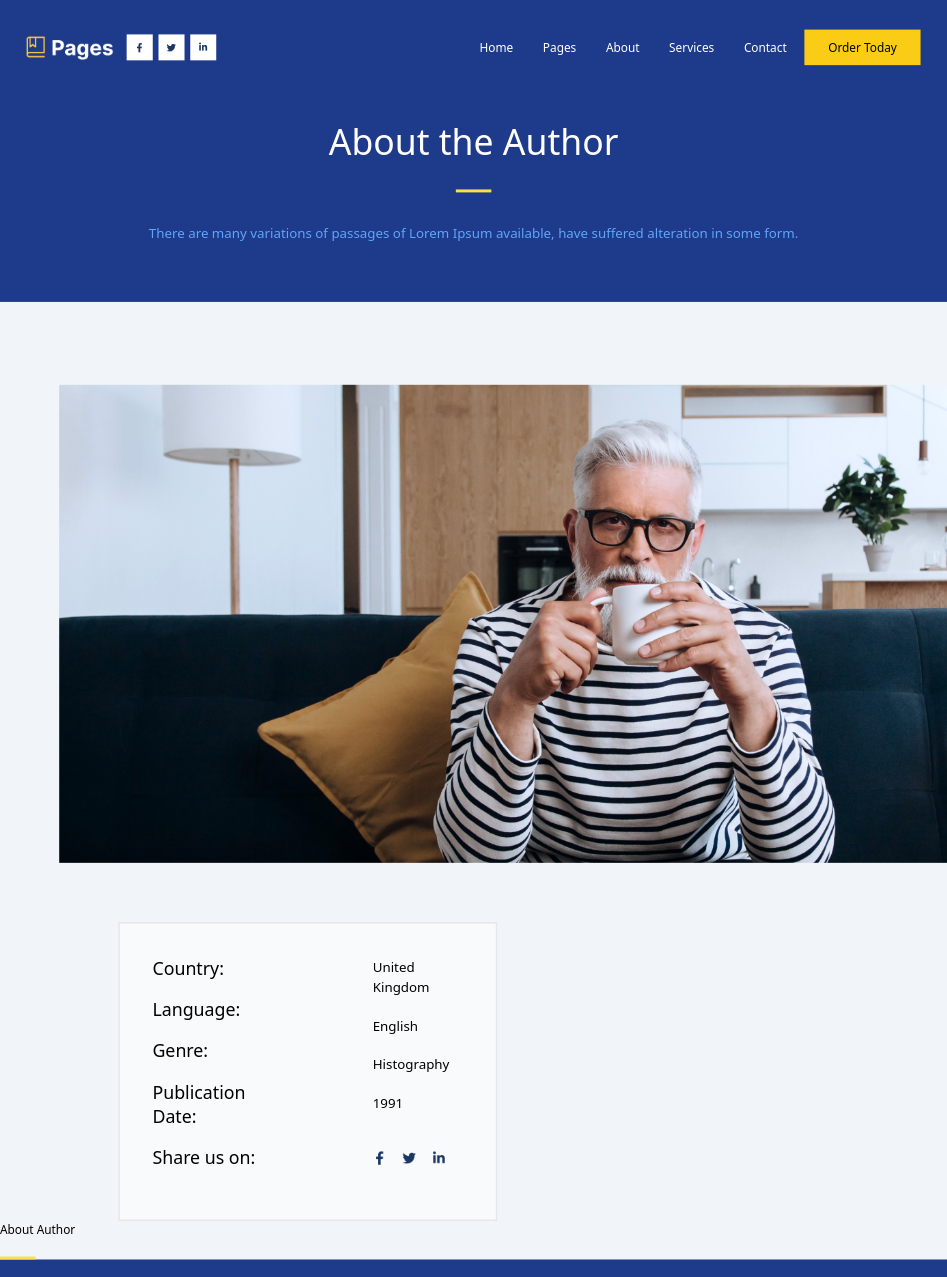
Repository: Godnorg/Class3
Page: index.html
These files come from the project's save history. The page is drawn as it stood at one moment and after a run of saves; the edit follows.
The browser window is 1280 px wide. The pictures show the whole page, at 74% of full size.
Some web libraries are served in a nearby version.

Above is the page before, as saved 2023-02-20 02:07:15.

After the next 2 saves:
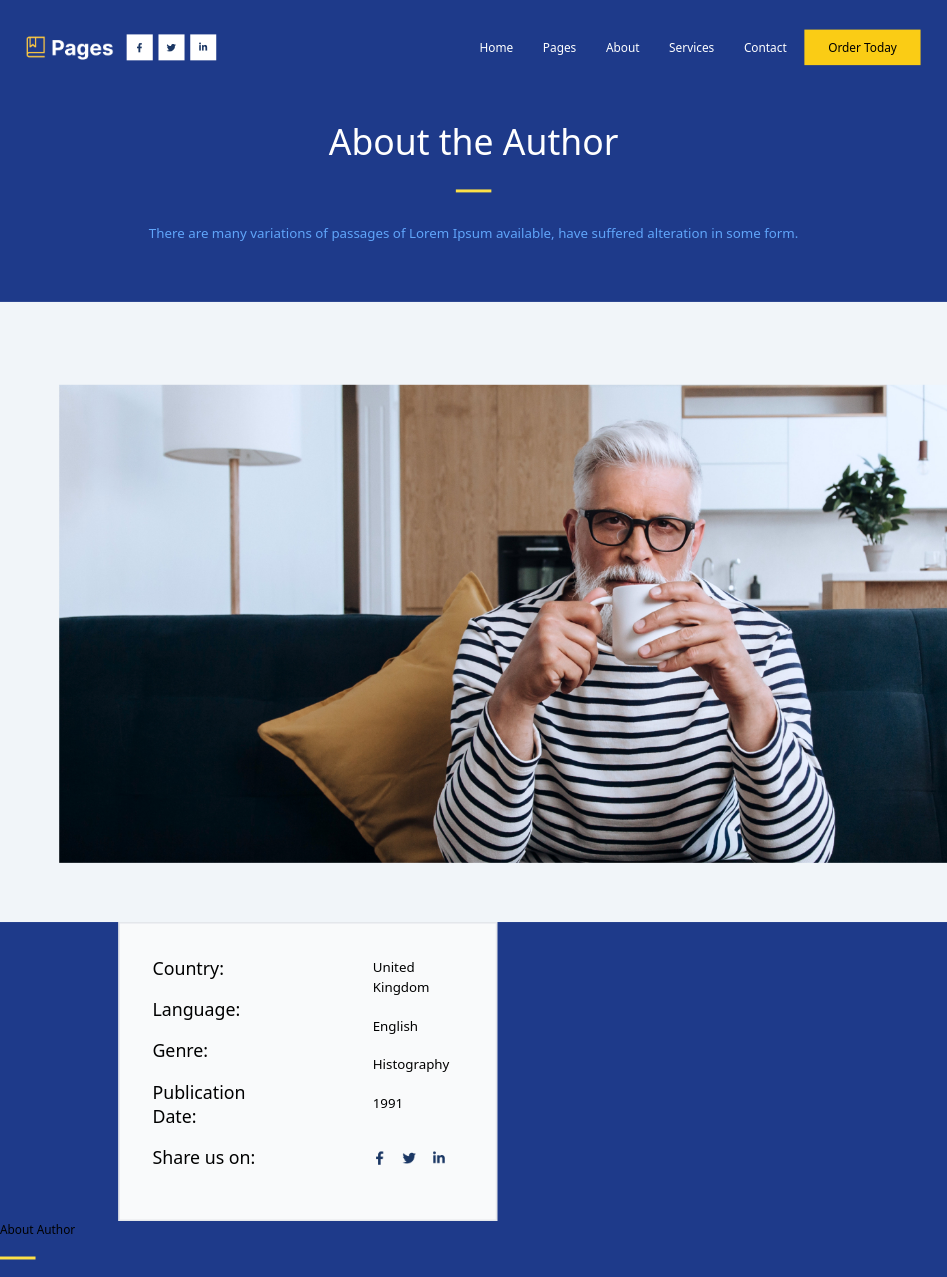
The 2 saves are shown as one change because they came seconds apart.
The last was saved 10 s later.
--- a/index.html
+++ b/index.html
@@ -31,11 +31,12 @@
         </div>
         <p class="items-center pt-10 pb-20 mx-auto text-lg text-center text-blue-400">There are many variations of passages of Lorem Ipsum available, have suffered alteration in some form.</p>
     </div>
-<div></div>
+
     <div class= "bg-slate-100">
         <div class="relative w-full pb-20 pl-20 mx-auto pt-28 max-w-7xl">
         <img src="./oldman2.jpg">
         </div>
+    </div>
         <div class="max-w-lg ml-40 mr-96 bg-gray-50">
             <div class="flex mt-0 border-2 pt-11 px-11 pb-11">
                 <div class="pr-32">

After the save that followed:
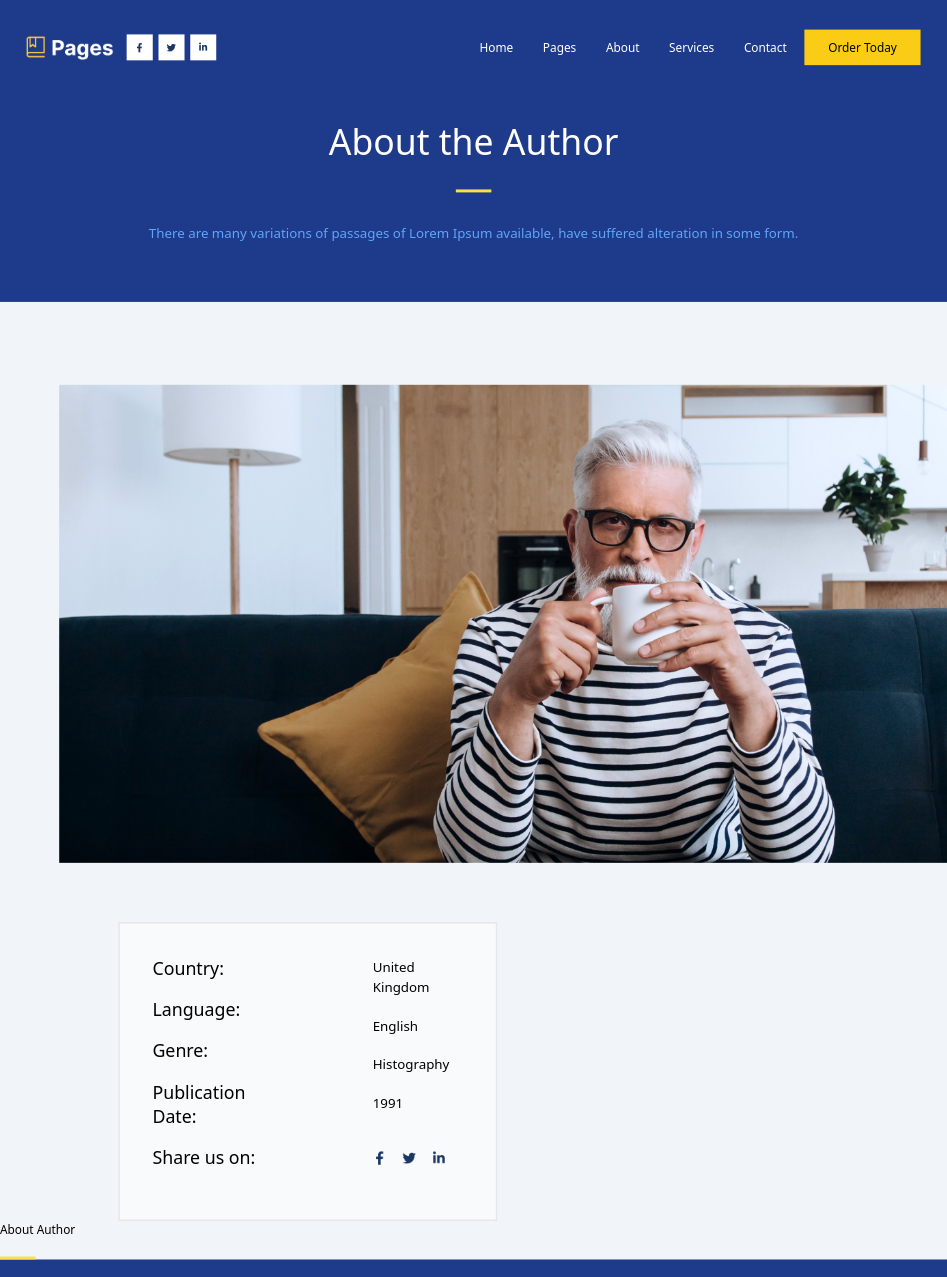
Saved 6 s later.
--- a/index.html
+++ b/index.html
@@ -36,7 +36,7 @@
         <div class="relative w-full pb-20 pl-20 mx-auto pt-28 max-w-7xl">
         <img src="./oldman2.jpg">
         </div>
-    </div>
+
         <div class="max-w-lg ml-40 mr-96 bg-gray-50">
             <div class="flex mt-0 border-2 pt-11 px-11 pb-11">
                 <div class="pr-32">
